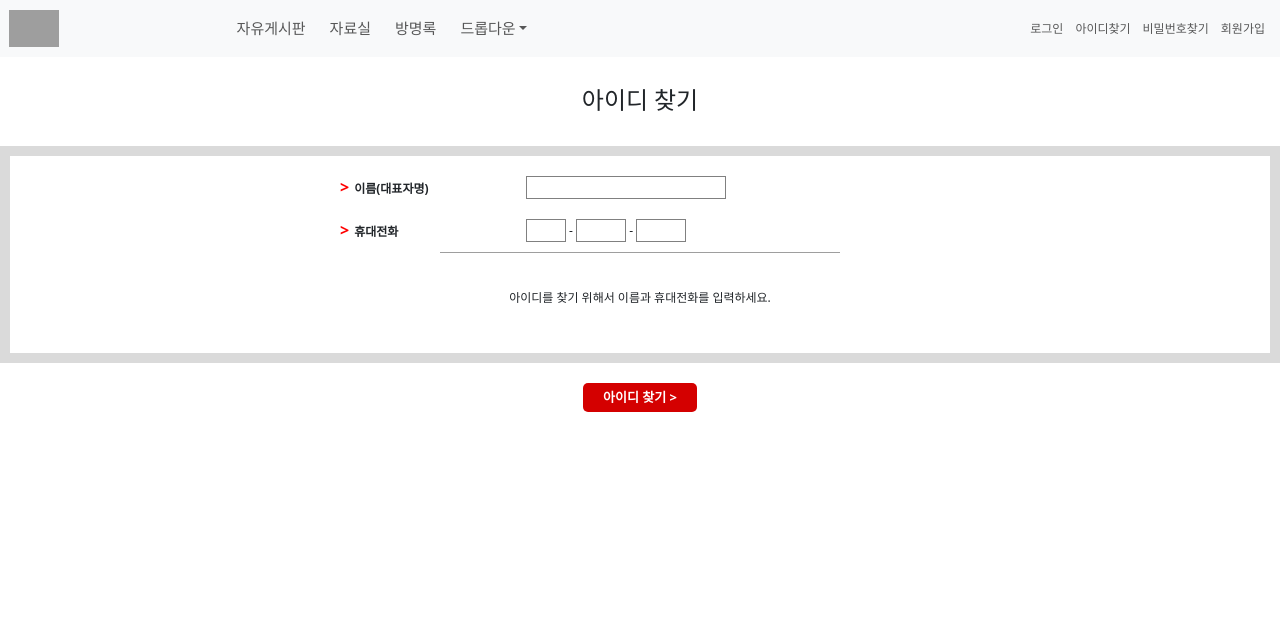
Repository: lim-eun-a/Project
Page: http://localhost/Project/06Session/IdForm.jsp
The author's editor kept a copy of each file at every save. The page is drawn from the files as they stood at one save, then again after a run of saves.
The browser window is 1280 px wide. The pictures show the whole page.
Pictures or frames that could not be fetched are drawn as grey boxes. Some web libraries are served in a nearby version. The page is served by Tomcat 10.

Above is the page before, as saved 2024-01-11 01:50:37.

After the next 2 saves:
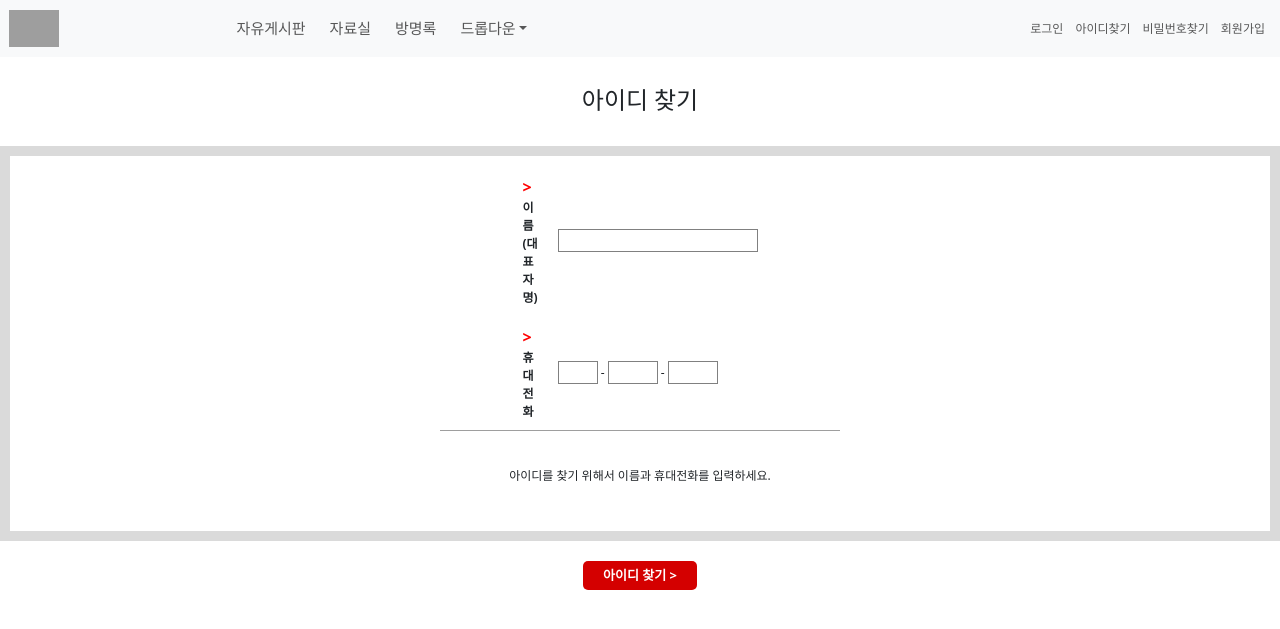
The 2 saves are shown as one change because they came seconds apart.
The last was saved 38 s later.
--- a/Project/src/main/webapp/06Session/IdForm.jsp
+++ b/Project/src/main/webapp/06Session/IdForm.jsp
@@ -15,7 +15,7 @@
 	#AllWrap{margin:0 auto; text-align:center;}
 	#RadioBox{margin:0 0 10px 0;text-align:left;}
 	#IdBox{border:10px solid rgb(218, 218, 218);padding: 10px;}
-	#InputTable{border:0px solid red; border-spacing: 0; border-collapse: collapse; width: 50%}
+	#InputTable{border:0px solid red; border-spacing: 0; border-collapse: collapse; width: 200px}
 	#InputTable th{text-align:left; padding: 10px;}
 	#InputTable td{text-align:left; padding: 10px;}
 	#InputTable input{border:1px solid gray;height: 23px;padding:0 0 0 3px;}
